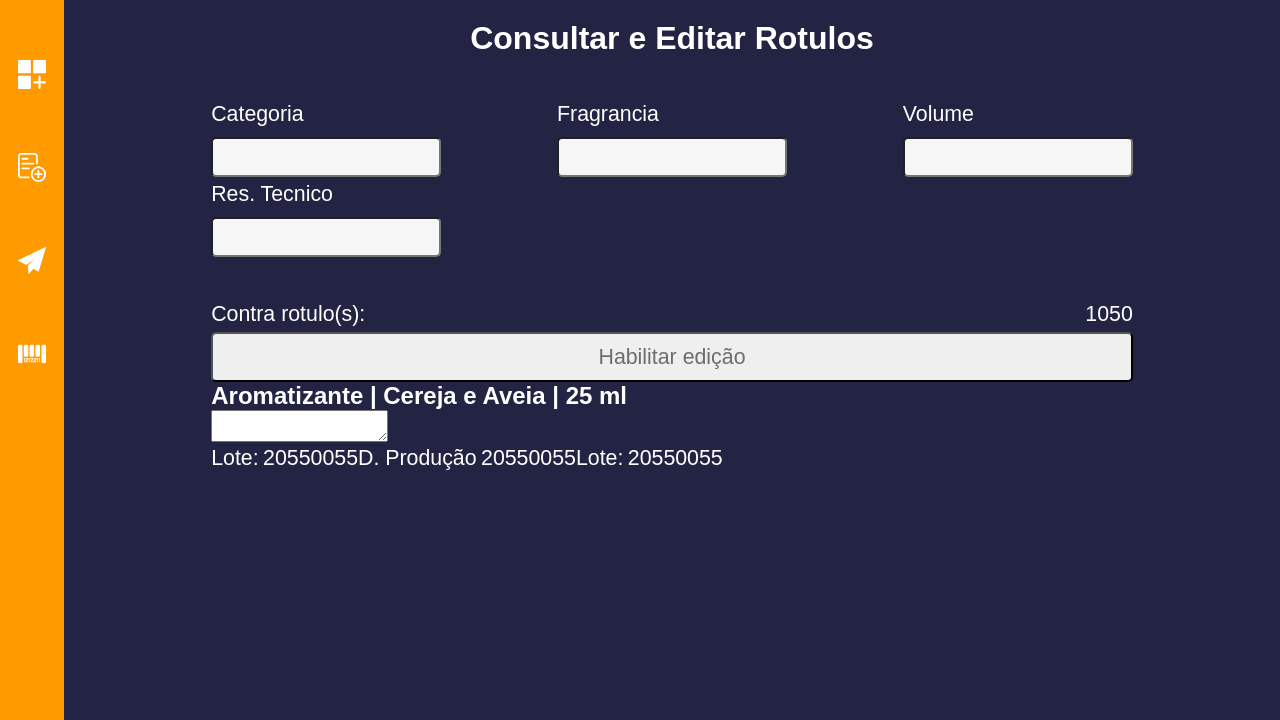
Repository: jeanjanrley/Organizador-de-rotulos
Page: /consultar
An editor plug-in stored every save of this project. The page is shown before and after a run of saves, followed by the edit.
The browser window is 1280 px wide. The pictures show the whole page.
The project was rebuilt for these pictures with package versions that can differ from the ones it lists, and the page was loaded fresh each time. Also part of the build but not shown: src/pages/home/Home.js.

Above is the page before, as saved 2021-06-26 16:03:49.

### src/index.js
import React from 'react';
import ReactDOM from 'react-dom';
import App from './App';
import reportWebVitals from './reportWebVitals';



ReactDOM.render(
  <React.StrictMode>
    <App />
  </React.StrictMode>,
  document.getElementById('root')
);
reportWebVitals();

### src/App.js
import {BrowserRouter, Route, Switch} from 'react-router-dom'
import './styles/global.scss'

import Home from './pages/home/Home'
import Consultar from './pages/consultar/index'

function App() {
  return (
    <BrowserRouter>
        <Switch>
          <Route path={'/'} exact component={Home}/>
          <Route path={'/consultar'}  component={Consultar}/>
        </Switch>
    </BrowserRouter>
  );
}

export default App;

### src/styles/global.scss
*{
    margin: 0;
    padding: 0;
    box-sizing: border-box;
    font-family: 'Poppins', sans-serif;
}

body{
    background: #232443;

}

.Page{
    display: flex;
}


h1, h2, h3, h4, h5, h6, p, span{
    color: #fff;
}

input{
    color: rgb(92, 92, 92);
}

a{
    text-decoration: none;
    color: #fff;
    font-size: 16pt;
}



main{
    display: flex;
    flex-direction: column;
    width: 95vw;
    height: 100%;
    justify-content: center;
    justify-items: center;
    align-content: center;
    align-items: center;

}

### src/pages/consultar/index.js
import React from 'react';
import Aside from '../../components/aside/index'
import Filter from '../../components/filter/index'
import Rotulo from '../../components/rotulo/index'

import '../home/styles.scss'


export default function Home(){
    return(
        <div className="Page">
            <Aside/>
            <main className="Home">

                <h1>Consultar e Editar Rotulos</h1>
                <div className="filterArea">
                    <Filter title="Categoria"/>
                    <Filter title="Fragrancia"/>
                    <Filter title="Volume"/>
                    <Filter title="Res. Tecnico"/>
                </div>

                <div className="contra-rotulo">
                    <div className="contra-rotulo-count">
                        <span>Contra rotulo(s):</span>
                        <span>{50+1000}</span>
                    </div>
                    <div className="contra-rotulo-area">
                        <button className="edicao">Habilitar edição</button>
                        <Rotulo/>
                    </div>
                </div>


            </main>
        </div>
    )
}

### src/components/aside/index.js
import React from 'react'
import {Link} from 'react-router-dom'
import './styles.scss'
import add from '../../assets/icons/add.svg'
import prancher from '../../assets/icons/prancher.svg'
import direct from '../../assets/icons/direct.svg'
import codigo from '../../assets/icons/codigo.svg'

export default function Aside() {
    return(
        <aside>
            <div className="add">
                    <img src={add} />
                <Link className="Link" to={'/'}>
                    N-R
                </Link>
                <Link className="Link" to={'/Consultar'}>
                    C-E
                </Link>
            </div>
            <div className="prancher">
                    <img src={prancher} />
                <Link className="Link" to={'/Home'}>
                    N-R
                </Link>
                <Link className="Link" to={'/Home'}>
                    C-E
                </Link>
            </div>
            <div className="direct">
                    <img src={direct} />
                <Link className="Link" to={'/Home'}>
                    N-R
                </Link>
                <Link className="Link" to={'/Home'}>
                    C-E
                </Link>
            </div>
            <div className="codigo">
                    <img src={codigo} />
                <Link className="Link" to={'/Home'}>
                    N-R
                </Link>
                <Link className="Link" to={'/Home'}>
                    C-E
                </Link>
            </div>
        </aside>
    )
}

### src/components/filter/index.js
import React from 'react'
import './styles.scss'

export default function(props){
    return(
        <div className="filter">
            <span>{props.title}</span>
            <input list={props.id} name={props.id} id={props.id}/>
            <datalist id={props.id}>
                <option value={props.value}/>
             </datalist>
        </div>
    )
}

### src/pages/home/styles.scss
.Home{
    padding-top: 20px;
    gap: 45px;

    .filterArea{
        display: flex;
        flex-wrap: wrap;
        flex-direction: row;
        justify-content: space-between;
        gap: 5px;
        width: 72vw;

    }

    .contra-rotulo{
        display: flex;
        flex-direction: column;
        align-items: left;
        justify-content: left;
        gap: 5px;

        .contra-rotulo-count{
            display: flex;
            width: 72vw;
            justify-content: space-between;
        }

        .filter-rotulo{
            width: 72vw;
            height: 35px;
            border-radius: 5px;

        }

        span {
            font-size: 16pt;
        }

        > textarea{
            width: 72vw;
            resize: vertical;
            min-height: 25vh;
            border-radius: 10px;

        }

        button{
            height: 50px;
            width: 72vw;
            border-radius: 5px;
            font-size: 16pt;
            color: #6D6D6D;
        }
    }
}

### src/components/rotulo/index.js
import React from 'react'

export default function Rotulo(props){
    return(
        <div className="rotulo">
            <h2>Aromatizante | Cereja e Aveia | 25 ml</h2>
            <div>
                <textarea/>
                <div clasName="rotulo-dados">
                    <div>
                        <span>Lote:</span> <span>20550055</span>
                        <span>D. Produção</span> <span>20550055</span>
                        <span>Lote:</span> <span>20550055</span>
                    </div>
                </div>
            </div>
        </div>
    )
}

### src/components/aside/styles.scss
aside{
    padding-top: 50px;
    display: flex;
    flex-direction: column;

    align-items: center;
    justify-content: baseline;

    width: 5vw;
    height: 100vh;
    background: #FF9A00;

    > div{
        display: flex;
        flex-direction: column;
        align-items: center;
        width: 100%;
        margin-bottom: 30px;
        padding: 10px 0;
        transition: 0.5s;
        gap: 10px;



        img{
            width: 4vh;
            height: 4vh;
            margin-bottom: 2vh;
        }
        .Link{
            display: none,

        }
    }

    > div:hover{
        display: flex;
        flex-direction: column;
        align-items: center;
        width: 100%;
        margin-bottom: 40px;
        background: #CC7B00;
        padding: 10px 0;


        img{
            width: 4vh;
            height: 4vh;
            margin-bottom: 2vh;
        }
        .Link{
            display: flex;
        }
    }
}

### src/components/filter/styles.scss
.filter{
    display: flex;
    flex-direction: column;
    justify-items: left;
    gap: 10px;

    > span{
        font-size: 16pt;

    }

    > input {
        width: 230px;
        height: 40px;
        border-radius: 5px;
        background: #F6F6F6;
    }
}

Loaded but not shown: src/reportWebVitals.js (common file)

After the next 4 saves:
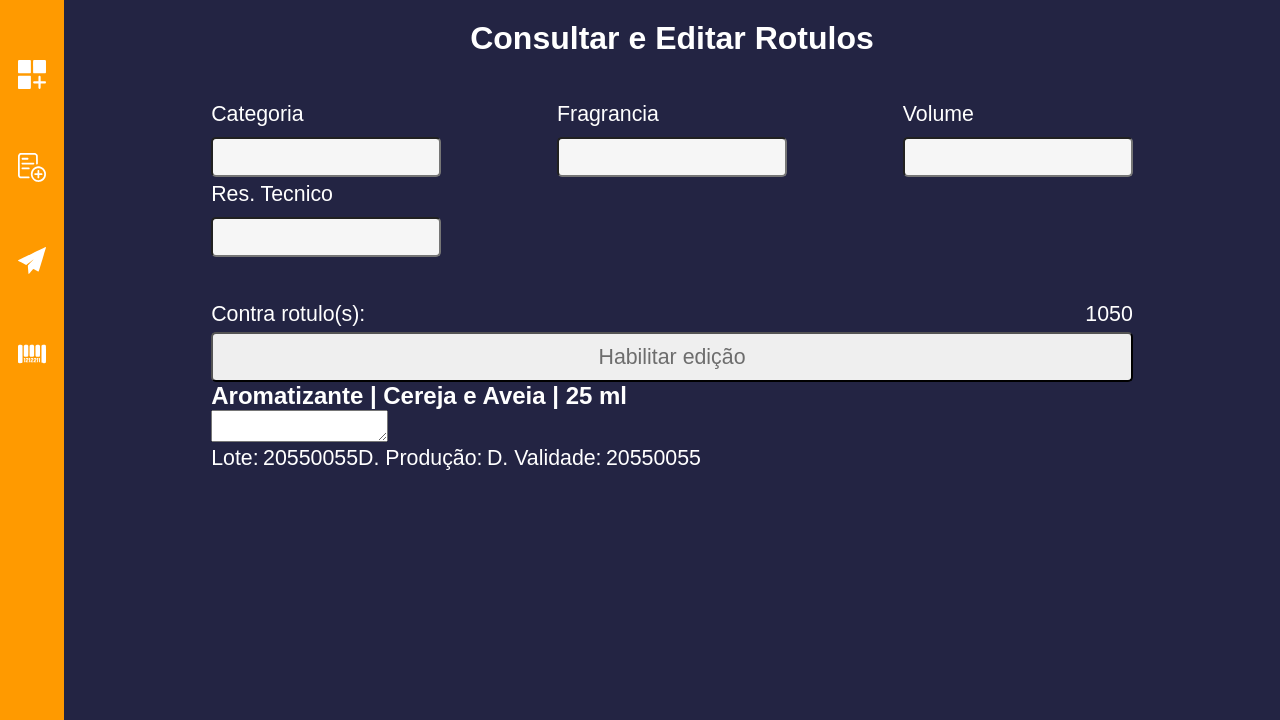
The 4 saves are shown as one change because they came seconds apart.
The last was saved 15 s later.
--- a/src/components/rotulo/index.js
+++ b/src/components/rotulo/index.js
@@ -9,8 +9,8 @@ export default function Rotulo(props){
                 <div clasName="rotulo-dados">
                     <div>
                         <span>Lote:</span> <span>20550055</span>
-                        <span>D. Produção</span> <span>20550055</span>
-                        <span>Lote:</span> <span>20550055</span>
+                        <span>D. Produção:</span> <span></span>
+                        <span>D. Validade:</span> <span>20550055</span>
                     </div>
                 </div>
             </div>
